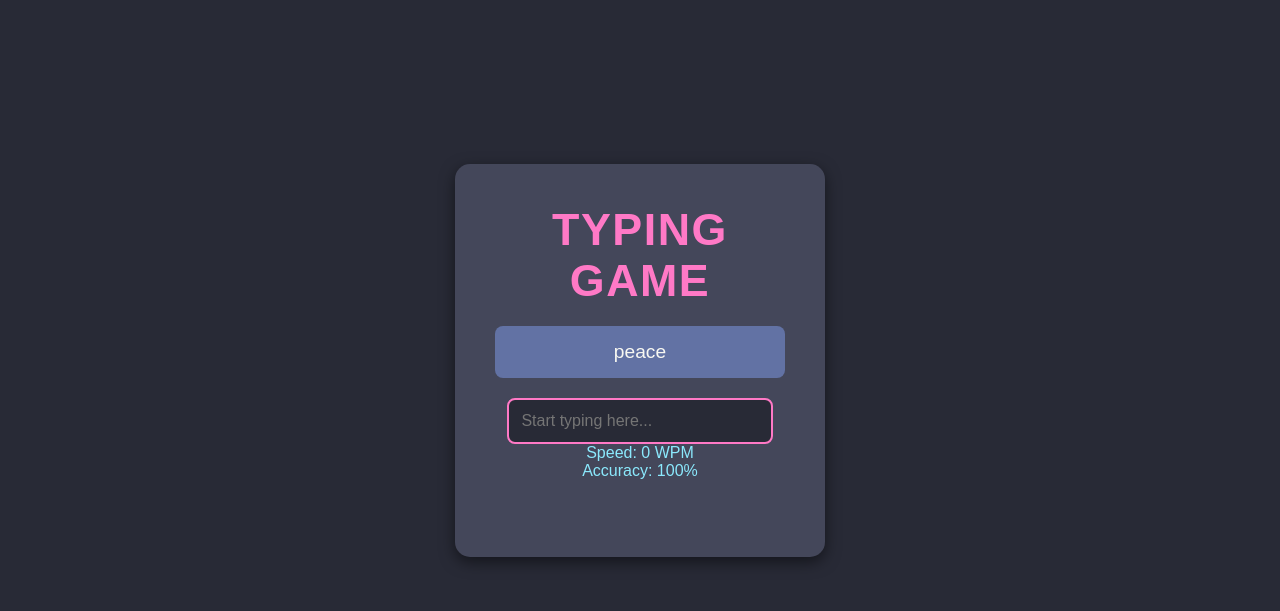
Repository: AlaaYou/Typing-Speed-Game
Page: index.html
These files come from the project's save history. The page is drawn as it stood at one moment and after the next save; the edit follows.
The browser window is 1280 px wide. The pictures show the whole page.

Above is the page before, as saved 2024-10-21 00:24:43.

After the next save:
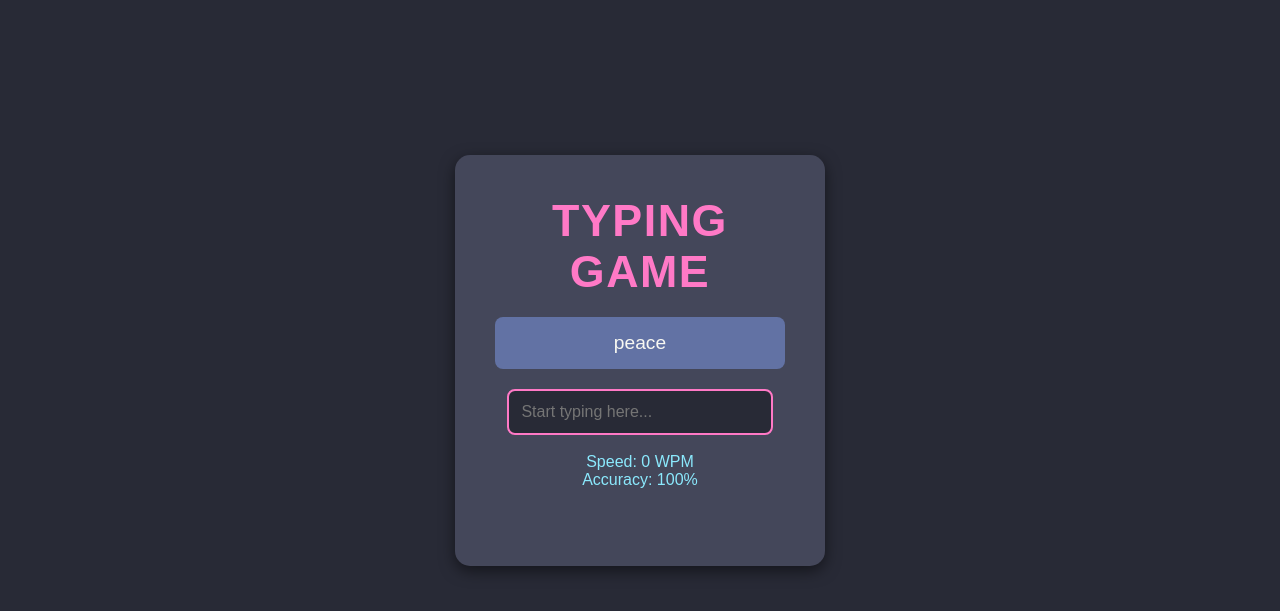
Saved 12 s later.
--- a/index.html
+++ b/index.html
@@ -12,7 +12,7 @@
       <p id="text-to-type">Here will be the text the user needs to type...</p>
       <input type="text" id="typing-input" placeholder="Start typing here..." />
       <div id="feedback">
-        <p>Speed: <span id="speed">0</span> WPM</p>
+        <br><p>Speed: <span id="speed">0</span> WPM</p>
         <p>Accuracy: <span id="accuracy">100</span>%</p>
       </div>
       <div id="message-area"></div>
